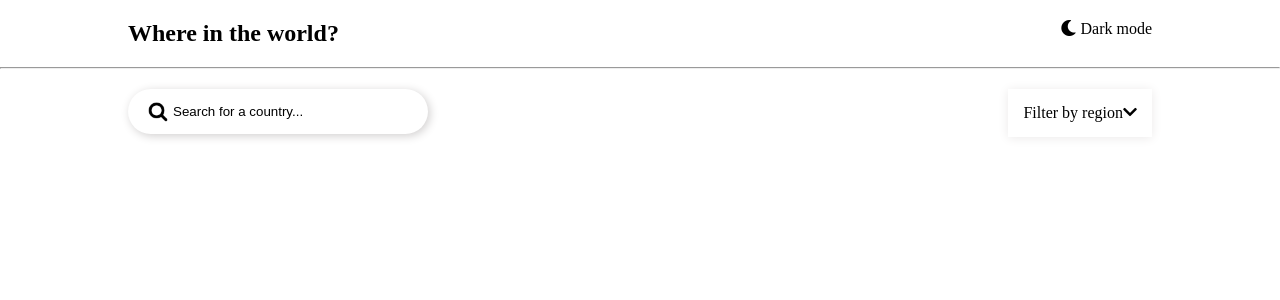
Repository: Eugene44-hub/countryProj
Page: index.html
The author's editor kept a copy of each file at every save. The page is drawn from the files as they stood at one save, then again after the next save.
The browser window is 1280 px wide. The pictures show the whole page.
The page's requests for data from a server got no answer.

Above is the page before, as saved 2021-10-10 20:23:21.

### index.html
<!DOCTYPE html>
<html lang="en">

<head>
    <link rel="stylesheet" href="css/all.css">
    <link rel="stylesheet" href="style.css">
    <meta charset="UTF-8">
    <meta http-equiv="X-UA-Compatible" content="IE=edge">
    <meta name="viewport" content="width=device-width, initial-scale=1.0">
    <title>Document</title>
</head>
<header>
    <h2>Where in the world?</h2>
    <div class="mode"><i class="fas fa-moon"></i> Dark mode</div>
</header>
<hr>

<body>
    <div class="container">
        <div class="search-filter">
            <label for="">
                     <input type="text" placeholder="Search for a country..." id="search">
            </label>



            <div class="select">
                <div class="default-text">Filter by region <i class="fas fa-chevron-down"></i>
                </div>
                <ul>
                    <li id="asia">Asia</li>
                    <li id='europe'>Europe</li>
                    <li id="africa">Africa</li>
                    <li id="oceania">Oceania</li>
                    <li id="america">America</li>
                </ul>
            </div>

        </div>
        <div class="country-container">

            <div class="countries">


            </div>
        </div>
    </div>

</body>

<script src="data.js"></script>
<script src="app.js"></script>
<script src="UI.js"></script>

</html>

### style.css
* {
    padding: 0;
    margin: 0;
    box-sizing: border-box;
}

.container {
    width: 80%;
    margin: auto;
}

.countries {
    display: flex;
    flex-wrap: wrap;
    justify-content: space-between;
    margin: auto;
}

img {
    width: 100%;
    height: 150px;
    border-bottom-left-radius: 0px;
    border-bottom-right-radius: 0px;
    border-top-right-radius: 5px;
    border-top-left-radius: 5px;
}

.country {
    width: 265px;
    margin: 20px 0;
    border-radius: 10px;
}

.about-country {
    padding: 0px 20px;
    line-height: 2;
    margin-bottom: 20px;
}

h3 {
    font-size: small
}

.country {
    box-shadow: 2px 4px 15px rgb(235, 235, 235), -2px 0px 15px rgb(235, 235, 235);
}

#name {
    font-weight: bold;
    line-height: 5;
    font-size: 16px
}

span {
    font-weight: bold;
}

#population,
#region,
#capital {
    font-size: 14px;
}

header {
    display: flex;
    justify-content: space-between;
    width: 80%;
    margin: 20px auto;
}

input {
    padding: 15px;
    width: 300px;
    border-radius: 50px;
}

label {
    flex: 50%;
}

.search-filter {
    display: flex;
    flex-wrap: wrap;
    flex: 100%;
    justify-content: space-between;
    margin: 20px 0;
}

ul {
    list-style: none;
    position: absolute;
    background-color: white;
    width: 60%;
    box-shadow: 4px 1px 10px rgb(235, 233, 233);
    display: none;
    margin: 0 0;
}

@keyframes margin {
    from {
        margin: 0;
        opacity: 0;
    }
    to {
        margin: 10px 0;
        opacity: 1;
    }
}

.select:hover ul {
    display: block;
    cursor: pointer;
    animation: margin .2s;
    margin: 1px 0;
}

li:hover {
    background-color: rgb(111, 111, 247);
    color: white;
    transition: all .5s;
}

.select {
    right: 0;
    background-color: white;
    box-shadow: 0px 1px 10px rgb(235, 233, 233);
}

label[for=filter] {
    position: relative;
}

li,
.default-text {
    padding: 15px;
    position: relative;
    cursor: pointer;
}

.fa-chevron-down {
    float: right;
}

::placeholder {
    color: black;
    padding-left: 30px;
}

#search {
    background-image: url('search\ icon.png');
    background-size: 20px;
    background-repeat: no-repeat;
    background-position-y: center;
    background-position-x: 20px;
    border: none;
    outline: none;
    box-shadow: 2px 2px 10px rgb(209, 207, 207);
}

#search:focus {
    background-image: none;
}


/*

#europe {
    line-height: 6;
}

#africa {
    line-height: 11;
}

#oceania {
    line-height: 16;
}

#america {
    line-height: 21;
} */


/* # Front-end Style Guide

## Layout

The designs were created to the following widths:

- Mobile: 375px
- Desktop: 1440px

## Colors

### Neutral

- Dark Blue (Dark Mode Elements): hsl(209, 23%, 22%)
- Very Dark Blue (Dark Mode Background): hsl(207, 26%, 17%)
- Very Dark Blue (Light Mode Text): hsl(200, 15%, 8%)
- Dark Gray (Light Mode Input): hsl(0, 0%, 52%)
- Very Light Gray (Light Mode Background): hsl(0, 0%, 98%)
- White (Dark Mode Text & Light Mode Elements): hsl(0, 0%, 100%)

## Typography

### Body Copy

- Homepage Items: 14px
- Detail Page: 16px

### Fonts

- Family: [Nunito Sans](https://fonts.google.com/specimen/Nunito+Sans)
- Weights: 300, 600, 800

## Icons

For the icons, you can use a font icon library. Don't worry if the icons that you choose don't look exactly like they do on the design.

Some suggestions can be found below:

- [Font Awesome](https://fontawesome.com)
- [IcoMoon](https://icomoon.io)
- [Ionicons](https://ionicons.com) */


/*
com) - [IcoMoon](https: //icomoon.io)
- [Ionicons](https: //ionicons.com) */

### data.js
const url = 'https://restcountries.com/v3.1/all';

class Country {
    getCountries = async function() {
        const response = await fetch(url);
        const data = await response.json();

        return {
            data
        }
    }
}

### app.js
const country = new Country;
const search = document.querySelector('#search');
country.getCountries()
    .then(data => {
        const ui = new UI(data.data)
        ui.display();
        console.log(data.data[1].name.common)

    })

search.addEventListener('input', e => {
    UI.searchDisplay(search)
    console.log(search)
})

### UI.js
class UI {
    constructor(country) {
        this.country = country;
    }

    display() {
        let countries = document.querySelector('.countries');
        let output = '';
        let zero = 0;
        for (let i = 0; i < this.country.length; i++) {


            if (this.country[i].capital === undefined) {
                output += `
              <div class="country">
              <div class="image">
             <img src=${this.country[i].flags.png}>
              </div>
              <div class="about-country">
              <p id=name>${this.country[i].name.common}</p>
              <p id="population">Population: ${this.country[i].population}</p>
                  <p id="region">Region: ${this.country[i].region}</p>
                  <p id="capital">Capital: No capital</p>
              </div>
          </div>`
            } else {
                output += `
              <div class="country">
              <div class="image">
             <img src=${this.country[i].flags.png}>
              </div>
              <div class="about-country">
              <p id=name>${this.country[i].name.common}</p>
                  <p id="population"><span>Population</span>: ${this.country[i].population}</p>

                  <p id="region"><span>Region</span>: ${this.country[i].region}</p>

                  <p id="capital"><span>Capital</span>: ${this.country[i].capital[0]}</p>
              </div>
          </div>`
            }
        }
        countries.innerHTML = output
    }
    static searchDisplay(input) {
        if (input.value !== '') {
            input.style.backgroundImage = 'none';
        } else {
            input.style.backgroundImage = `url('search\ icon.png')`;
        }
    }
}



/*  */

Loaded but not shown: css/all.css (library)

After the next save:
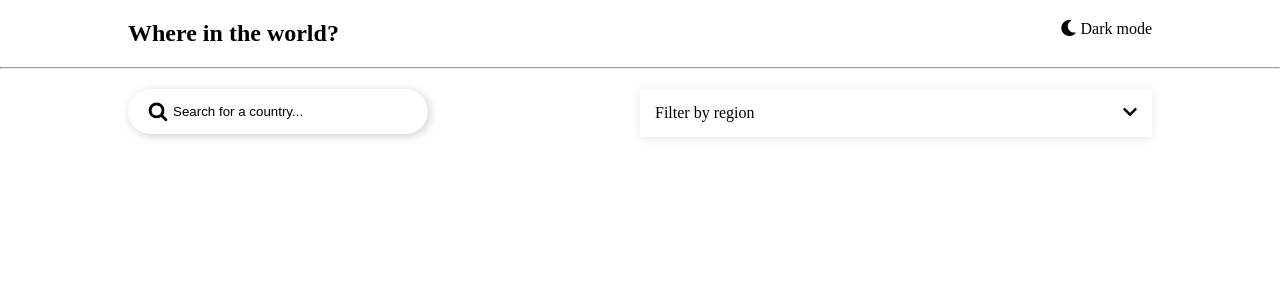
Saved 39 s later.
--- a/style.css
+++ b/style.css
@@ -74,7 +74,8 @@
     border-radius: 50px;
 }
 
-label {
+label,
+.select {
     flex: 50%;
 }
 

After the save that followed:
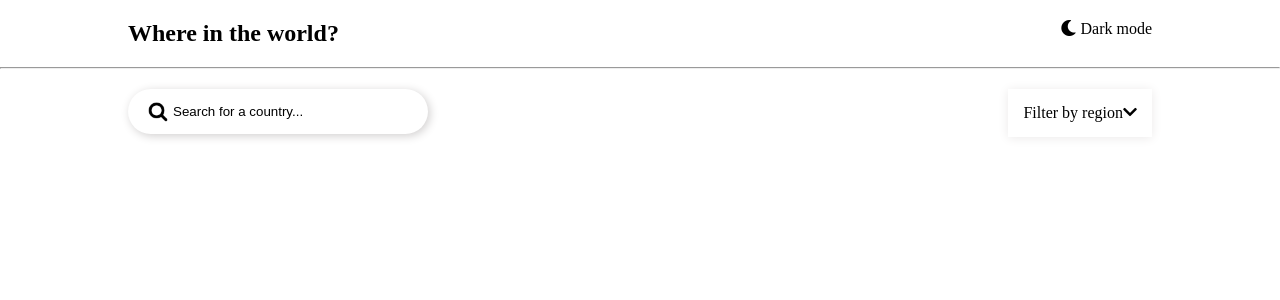
Saved 25 s later.
--- a/style.css
+++ b/style.css
@@ -72,11 +72,6 @@
     padding: 15px;
     width: 300px;
     border-radius: 50px;
-}
-
-label,
-.select {
-    flex: 50%;
 }
 
 .search-filter {
